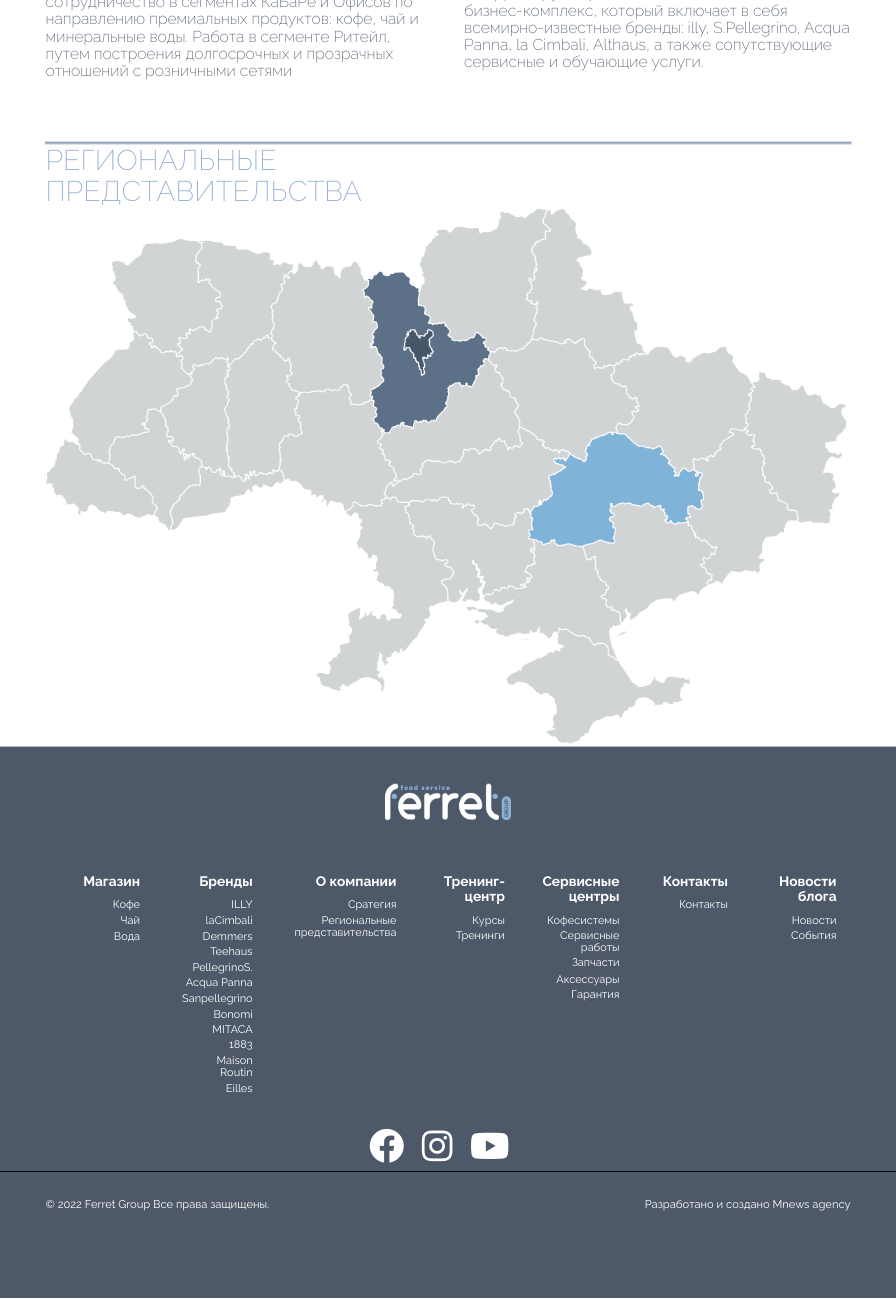
Repository: fanbear/ferret
Page: about.html
An editor plug-in stored every save of this project. The page is shown before and after the next save, followed by the edit.
The browser window is 1280 px wide. The pictures show the part of the page from y = 1231 to 3151 px (the page is 3086 px tall before and 3151 px after), at 70% of full size.

Above is the page before, as saved 2022-02-03 14:06:30.

### about.html
<!DOCTYPE html>
<html lang="en">

<head>
    <meta charset="UTF-8">
    <meta http-equiv="X-UA-Compatible" content="IE=edge">
    <meta name="viewport" content="width=device-width, initial-scale=1.0">
    <title>Document</title>
    <link preload
        href="https://fonts.googleapis.com/css2?family=Raleway:ital,wght@0,100;0,200;0,300;0,400;0,500;0,600;0,700;0,800;1,100;1,200;1,300;1,400;1,500;1,600;1,700&display=swap"
        rel="stylesheet">

    <link rel="stylesheet" href="./css/normalize.css">
    <link rel="stylesheet" href="./css/critical.css">
    <link rel="stylesheet" href="./css/media.css">

</head>

<body>
    <header class="flex-container main__header">
        <div class="flex-row">
            <div class="main__header-wrapper">
                <div class="header__wrapper-logo">
                    <a href=""><img src="./img/logotype.png" alt="ferretGroup" width="180" height="52"></a>
                </div>
                <nav class="header__wrapper-menu">
                    <ul>
                        <li><a href="#">Магазин</a></li>
                        <li><a href="#">Бренды</a></li>
                        <li class="active"><a href="#">О компании</a></li>
                        <li><a href="#">Тренинг-центр</a></li>
                        <li><a href="#">Сервисные центры</a></li>
                        <li><a href="#">Контакты</a></li>
                        <li><a href="#">Новости</a></li>
                    </ul>
                </nav>
                <div class="header__wrapper-actions">
                    <div class="wrapper__actions-search">
                        <a href="#"><img src="./img/search.png" alt="Поиск" width="28" height="28"></a>
                    </div>
                    <div class="wrapper__actions-language">
                        <a href="#">En</a>
                        <a class="active" href="#">Ua</a>
                    </div>
                    <div class="wrapper__actions-busket">
                        <img src="./img/basket.png" alt="корзина" width="28" height="25">
                        <span>1</span>
                    </div>
                </div>
            </div>
        </div>
    </header>
    <main class="flex-container main__content">
        <section class="about__head" style="background-image: url('./img/about-bg.webp');">
            <div class="flex-row">
                <div class="about__head-title">
                    <h1>
                        <span>О КОМПАНИИ</span>
                        <strong>Ferret Group</strong>
                        <hr>
                    </h1>
                </div>
                <div class="about__head-desc">
                    ООО «Феррет Груп» – профессиональная сервисная компания
                    предоставляющая оптимальный бизнес-комплекс, который включает в себя всемирно-известные бренды.
                </div>
            </div>
        </section>
        <section class="about__body">
            <div class="flex-row">
                <div class="breadcrumbs">
                    <ul>
                        <!-- Breadcrumb NavXT 7.0.2 -->
                        <li class="home post post-page">
                            <a title="Перейти к web-heaven." href="#">Главная</a>
                        </li>
                        <li class="post post-page current-item">
                            <span class="post post-page current-item">О компании</span>
                        </li>
                    </ul>
                </div>
                <div class="about__body-desc">
                    <div class="about__desc-item">
                        <h2>СТРАТЕГИЯ</h2>
                        <p>Долгосрочное партнерство и взаимовыгодное сотрудничество в сегментах КаБаРе и Офисов по
                            направлению премиальных
                            продуктов: кофе, чай и минеральные воды. Работа в сегменте Ритейл, путем построения
                            долгосрочных и прозрачных отношений
                            с розничными сетями</p>
                    </div>
                    <div class="about__desc-item">
                        <h2>КОНЦЕПЦИЯ</h2>
                        <p>«Феррет Груп» предоставляет оптимальный бизнес-комплекс, который включает в себя
                            всемирно-известные бренды: illy,
                            S.Pellegrino, Acqua Panna, la Cimbali, Althaus, а также сопутствующие сервисные и обучающие
                            услуги.</p>
                    </div>
                </div>
                <hr class="about__body-line">
                <div class="about__body-map">
                    <div class="about__map-title">РЕГИОНАЛЬНЫЕ
                        ПРЕДСТАВИТЕЛЬСТВА</div>
                    <div class="about__map-img">
                        <img src="./img/map.png" alt="РЕГИОНАЛЬНЫЕ ПРЕДСТАВИТЕЛЬСТВА ferretGroup">
                    </div>
                    <div class="about__map-desc"></div>
                </div>
            </div>
        </section>
    </main>
    <footer class="flex-containe main__footer">
        <div class="flex-row">
            <div class="main__footer-logotype"><img src="./img/logotype.png" alt="ferretGroup" width="180" height="52">
            </div>
            <div class="main__footer-menu">
                <div class="footer__menu-item">
                    <div class="footer__menu-item__title">Магазин</div>
                    <ul class="footer__menu-item__list">
                        <li><a href="#">Кофе</a></li>
                        <li><a href="#">Чай</a></li>
                        <li><a href="#">Вода</a></li>
                    </ul>
                </div>
                <div class="footer__menu-item">
                    <div class="footer__menu-item__title">Бренды</div>
                    <ul class="footer__menu-item__list">
                        <li><a href="#">ILLY</a></li>
                        <li><a href="#">laCimbali</a></li>
                        <li><a href="#">Demmers</a></li>
                        <li><a href="#">Teehaus</a></li>
                        <li><a href="#">Pellegrino</a>S.</li>
                        <li><a href="#">Acqua Panna</a></li>
                        <li><a href="#">Sanpellegrino</a></li>
                        <li><a href="#">Bonomi</a></li>
                        <li><a href="#">MITACA</a></li>
                        <li><a href="#">1883</a></li>
                        <li><a href="#">Maison Routin</a></li>
                        <li><a href="#">Eilles</a></li>
                    </ul>
                </div>
                <div class="footer__menu-item">
                    <div class="footer__menu-item__title">О компании</div>
                    <ul class="footer__menu-item__list">
                        <li><a href="#">Сратегия</a></li>
                        <li><a href="#">Региональные представительства</a></li>
                    </ul>
                </div>
                <div class="footer__menu-item">
                    <div class="footer__menu-item__title">Тренинг-центр</div>
                    <ul class="footer__menu-item__list">
                        <li><a href="#">Курсы</a></li>
                        <li><a href="#">Тренинги</a></li>
                    </ul>
                </div>
                <div class="footer__menu-item">
                    <div class="footer__menu-item__title">Сервисные центры</div>
                    <ul class="footer__menu-item__list">
                        <li><a href="#">Кофесистемы</a></li>
                        <li><a href="#">Сервисные работы</a></li>
                        <li><a href="#">Запчасти</a></li>
                        <li><a href="#">Аксессуары</a></li>
                        <li><a href="#">Гарантия</a></li>
                    </ul>
                </div>
                <div class="footer__menu-item">
                    <div class="footer__menu-item__title">Контакты</div>
                    <ul class="footer__menu-item__list">
                        <li><a href="#">Контакты</a></li>
                    </ul>
                </div>
                <div class="footer__menu-item">
                    <div class="footer__menu-item__title">Новости блога</div>
                    <ul class="footer__menu-item__list">
                        <li><a href="#">Новости</a> </li>
                        <li><a href="#">События</a></li>
                    </ul>
                </div>
            </div>
            <div class="main__footer-social">
                <a href="#"><i class="fab fa-facebook"></i></a>
                <a href="#"><i class="fab fa-instagram"></i></a>
                <a href=""><i class="fab fa-youtube"></i></a>
            </div>
            <div class="main__footer-bottom">
                <div class="footer__bottom-item"><a href="#">© 2022 Ferret Group Все права защищены.</a></div>
                <div class="footer__bottom-item"><a href="#">Разработано и создано Mnews agency</a></div>
            </div>
        </div>



        <link rel="stylesheet" href="./css/main.css">
        <link rel="stylesheet" type="text/css" href="./css/slick.css" />
        <link preload rel="stylesheet" href="https://use.fontawesome.com/releases/v5.15.4/css/all.css"
            integrity="sha384-DyZ88mC6Up2uqS4h/KRgHuoeGwBcD4Ng9SiP4dIRy0EXTlnuz47vAwmeGwVChigm" crossorigin="anonymous">
        <script src="https://code.jquery.com/jquery-3.6.0.min.js"
            integrity="sha256-/xUj+3OJU5yExlq6GSYGSHk7tPXikynS7ogEvDej/m4=" crossorigin="anonymous"></script>
        <script src="https://ajax.googleapis.com/ajax/libs/jquery/1.12.3/jquery.min.js"></script>
        <script type="text/javascript" src="./js/slick.min.js"></script>

        <script src="./js/main.js"></script>
        <script>
            $(document).ready(function () {
                $('').slick({
                    slidesToShow: 1,
                    slidesToScroll: 1,
                    rows: 3,
                    slidesPerRow: 3,
                    // autoplay: true,
                    infinite: false,
                    autoplaySpeed: 2000,
                    prevArrow: "<button type='button' class='slick-prev pull-left'><span class='btn-arrow'></span></button>",
                    nextArrow: "<button type='button' class='slick-next pull-left'><span class='btn-arrow'></button>",
                });
            });
        </script>
    </footer>

</body>

</html>

### css/main.css
/* Стрелка в кнопках */
.btn-arrow {
    width: 56px;
    background: white;
    height: 2px;
    display: flex;
    margin-left: 12px;
    position: relative;
}

.btn-arrow::before {
    content: '';
    display: block;
    width: 10px;
    height: 2px;
    background: inherit;
    right: -1px;
    position: absolute;
    transform: rotate(45deg);
    top: -3px;
}

.btn-arrow::after {
    content: '';
    display: block;
    width: 10px;
    height: 2px;
    background: inherit;
    right: -1px;
    position: absolute;
    transform: rotate(-45deg);
    top: 3px;
}

/* Портфолио */
.main__text {
    height: 90px;
    width: 100%;
    background-color: #4d5868;
    display: flex;
    align-items: center;
}

.main__text-item {
    font-size: 2.4em;
}

.main__text-link {
    margin-top: 30px;
    border: 1px solid white;
    border-radius: 10px;
    padding: 13px 45px 11px 50px;
    max-width: 400px;
    margin: 0 auto;
}

.main__text-link a {
    font-size: 1.45em;
    display: flex;
    align-items: center;
}

.briefcase__item {
    background-size: cover;
    background-repeat: no-repeat;
    background-position: center;
    padding: 228px 0 172px 0;
}

.briefcase__item-right {
    display: flex;
    align-items: flex-end;
    flex-direction: column;
    margin: 0 right;
}

.briefcase__item-left {
    display: flex;
    align-items: flex-start;
    flex-direction: column;
    margin: 0 right;
}

.briefcase__item-title {
    font-size: 3.59em;
    font-weight: 600;
}

.briefcase__item-text {
    margin-top: 10px;
    font-size: 1.8em;
    max-width: 490px;
}

.briefcase__item-link {
    margin-top: 30px;
    border: 1px solid white;
    border-radius: 10px;
    padding: 16px 12px 12px 16px;
}

.briefcase__item-left .briefcase__item-link {
    margin-top: 60px;
}

.briefcase__item-link a {
    font-size: 1.45em;
    display: flex;
    align-items: center;
    font-weight: 700;
}

/* Про компанию */
.about {
    background-color: #8fb2d5;
}

.about__wrapper-item {
    display: flex;
    justify-content: space-between;
    flex: wrap;
}

.about__wrapper-text {
    flex: 1 1 50%;
    margin-right: 15px;
    padding: 85px 0 36px 0;
}

.about__wrapper-img {
    flex: 1 1 50%;
    margin-left: 15px;
    background-size: cover;
    background-repeat: no-repeat;
}


.about__wrapper-title {
    font-size: 2.4em;
    font-weight: bold;
    text-transform: uppercase;
}

.about__wrapper-desc {
    margin: 75px 0 46px 80px;
    font-size: 1.8em;
    color: #000000;
    font-weight: 300;
    word-break: break-all;
}

.about__wrapper-link {
    display: flex;
}

.about__wrapper-link a {
    border: 1px solid white;
    border-radius: 10px;
    padding: 24px 16px 18px 22px;
    display: flex;
    align-items: center;
    font-size: 1.8em;
    font-weight: 600;
}

/* Новости блога */
.blog__news {
    padding-top: 80px;
    padding-bottom: 120px;
}

.blog__news-text {
    display: flex;
    justify-content: space-between;
    align-items: center;
    margin-bottom: 43px;
}

.news-text__title {
    font-size: 2.3em;
    font-weight: 700;
    color: #4d5868;
    text-transform: uppercase;
}

.news-text__link a {
    color: #8fb2d5;
    font-size: 1.2em;
    display: flex;
    align-items: center;
}

.news-text__link span {
    background: #8fb2d5;
}

.slider__item {
    display: flex;
    flex-direction: column;
    align-items: center
}

.slider__item-image {
    width: 100%;
    height: 267px;
    display: flex;
    background-size: cover;
    background-repeat: no-repeat;
    background-position: center;
}

.slider__item-title {
    height: 115px;
    display: flex;
    align-items: center;
    padding: 0 20px;
    background: #4d5868;
    box-sizing: border-box;
    font-size: 1.2em;
    font-weight: 700;
    margin-top: -1px;
    /* word-break: break-all; */
}

.slider__item-text {
    height: 150px;
    border: 1px solid #4d5868;
    border-radius: 0 0px 10px 10px;
    box-sizing: border-box;
    padding: 10px 20px 0 20px;
    display: flex;
    flex-direction: column;
    justify-content: space-between;
    /* word-break: break-all; */
}

.slider__item-text p {
    color: #000000;
    font-size: 1.2em;
    font-weight: 300;
    margin: 0;
}

.slider__item-text-link {
    margin: 15px 0;

}

.slider__item-text-link a {
    height: 15px;
    display: flex;
    align-items: center;
}

.slider__item-text-link a span {
    background: #8fb2d5;
    margin: 0;

}

.blog__news-slider .slick-slide {
    margin: 0 15px;
}

.blog__news-slider .slick-list {
    margin: 0 -15px !important;
}

.blog__news-slider .slick-prev,
.blog__news-slider .slick-next {
    border: 0;
    position: absolute;
    top: calc(50% - 22px);
    height: 43px;
    width: 63px;
    background: #8fb2d5;
    display: flex;
    justify-content: center;
    align-items: center;
    z-index: 1;
    cursor: pointer;
}

.blog__news-slider .slick-prev {
    border-radius: 0 10px 10px 0;
}

.blog__news-slider .slick-next {
    right: 0;
    border-radius: 10px 0 0 10px;
}

.blog__news-slider .slick-prev span {
    margin: 0;
    transform: rotate(180deg);
}

.blog__news-slider .slick-next span {
    marign: 0;
}

/* Footer */
.main__footer {
    background: #4d5868;
    padding-bottom: 125px;
}

.main__footer-logotype {
    margin: 53px auto 73px auto;
}

.main__footer-menu {
    display: flex;
    justify-content: space-between;
}

.footer__menu-item {
    flex: 1 1 calc(100% / 7);
    padding-right: 20px;
}

.footer__menu-item__title {
    font-size: 1.4em;
    font-weight: bold;
    text-align: right;
}

.footer__menu-item__list li {
    list-style: none;
    text-align: right;
    font-size: 1.12em;
    margin-bottom: 5px;
}

.main__footer-social {
    display: flex;
    justify-content: center;
    align-items: center;
    margin-top: 35px;
    margin-bottom: 50px;
}

.main__footer-social a {
    margin-right: 25px;

}

.main__footer-social a i {
    font-size: 50px;
}

.main__footer-bottom {
    display: flex;
    justify-content: space-between;
    align-items: center;
}

.footer__bottom-item a {
    font-size: 1.14em;
}


/* Шаблон страницы бренда */
.brand__product-filter {
    margin-top: 90px;
    margin-bottom: 76px;
    display: flex;
    flex-wrap: wrap;
    margin-left: -33px;
    margin-right: -33px;
}

.filter__item {
    flex: 1 1 calc(100% / 3 - 66px);
    margin: 23px 33px;
    height: 105px;
    overflow-y: hidden;
    border-bottom: 1px solid #4d5868;
    transition: 0.3s ease-out;
}

.filter__item-title a {
    font-size: 1.8em;
    color: #4d5868;
    font-weight: 200;
}

.filter__item-active {
    border-bottom: 1px solid #98b0d2;
}

.filter__item-active a {
    color: #98b0d2;
    font-weight: 400;
    transition: 0.3s ease-out;
}

.filter__item:hover .filter__item-title a {
    color: #98b0d2;
    transition: 0.3s ease-in;
}

.filter__item:hover {
    border-bottom: 1px solid #98b0d2;
    transition: 0.3s ease-in;
}

.product__group-title {
    display: flex;
    justify-content: space-between;
    align-items: center;
}

.product__group-btn__all {
    color: #4d5868;
    font-size: 1.4em;
    font-weight: 500;
    cursor: pointer;
    border-bottom: 1px solid transparent;
    transition: 0.4s;
}

.product__group-btn__all:hover {
    border-bottom: 1px solid #4d5868;
    transition: 0.4s;
}

.product__group-title h2 {
    color: #4d5868;
    font-size: 2.3em;
    font-weight: 500;
    margin-bottom: 40px;
}

.brand__product-wrapper {
    padding-bottom: 117px;
}

.product__group {
    display: flex !important;
    flex-wrap: wrap;
    max-height: calc(362px * 3 + 90px);
    height: auto;
    overflow-y: hidden;
    margin: 0 -15px;
}

.group__item-product {
    width: calc(100% / 3 - 30px);
    margin: 15px 15px;
    height: 362px;
    display: flex;
    justify-content: center;
    align-items: center;
    border-radius: 10px;
    border: 1px solid #8fb2d5;
    box-sizing: border-box;
    position: relative;
    animation: product-unhover 0.8s;
}

.group__item-product-hide {
    display: none;
}

.group__item-product-show {
    display: flex;
    animation: product-show 0.8s;
}

.group__item-product img {
    width: 100%;
}

.group__item-product span {
    position: absolute;
    bottom: 0;
    width: 0;
    background: #4d5868;
    height: 1px;
    width: 0;
    display: block;
    animation: product-unhover-span 0.4s;
}

.group__item-product:hover {
    border: 1px solid transparent;
    border-radius: 0;
    animation: product-hover 0.4s;
}

.group__item-product:hover span {
    width: 100%;
    animation: product-hover-span 0.8s;
}

@keyframes product-hover {
    0% {
        border-radius: 10px;
        border: 1px solid #8fb2d5;
    }

    50% {
        border-radius: 5px;
        border: 1px solid #c3dcf5;
    }

    100% {
        border-radius: 0;
        border: 1px solid transparent;
    }
}

@keyframes product-unhover {
    0% {
        border-radius: 0;
        border: 1px solid transparent;
    }

    50% {
        border-radius: 5px;
        border: 1px solid #c3dcf5;
    }

    100% {
        border-radius: 10px;
        border: 1px solid #8fb2d5;
    }
}

@keyframes product-hover-span {
    0% {
        width: 0;
    }

    100% {
        width: 100%;
    }
}

@keyframes product-unhover-span {
    0% {
        width: 100%;
    }

    100% {
        width: 0;
    }
}

@keyframes product-show {
    0% {
        transform: scale(0.2);
    }

    100% {
        transform: scale(1);
    }
}

.brand__product-more {
    color: #4d5868;
    font-size: 1.3em;
    display: none;
    width: 200px;
    justify-content: center;
    align-items: center;
    border: 1px solid #4d5868;
    padding: 15px;
    margin: 25px auto;
    cursor: pointer;
}

.brand__product-more__show {
    display: flex;
}

/* О нашей компании */
.about__body-desc {
    display: flex;
    justify-content: space-between;
    align-items: center;
}

.about__desc-item {
    display: flex;
    flex-direction: column;
    flex: 0 0 48%;
    margin-bottom: 90px;
}

.about__desc-item h2 {
    color: #98b0d2;
    font-size: 2.9em;
    font-weight: 400;
    margin: 0 0 24px 0;
}

.about__desc-item p {
    font-size: 1.6em;
    color: #4d5868;
    margin: 0;
    font-weight: 200;
}

.about__body-line {
    margin: 0;
    height: 2px;
    width: 100%;
    background-color: #98b0d2;
}

.about__body-map {
    display: flex;
    flex-direction: column;
    marign-top: 65px;
}

.about__map-title {
    font-size: 2.9em;
    color: #98b0d2;
    font-weight: 200;
    max-width: 45%;
}

Loaded but not shown: css/normalize.css (library); css/slick.css (common file); js/slick.min.js (library); js/main.js (131 lines, source omitted); css/critical.css (374 lines, source omitted); css/media.css (no stored copy; drawn as an empty file)

After the next save:
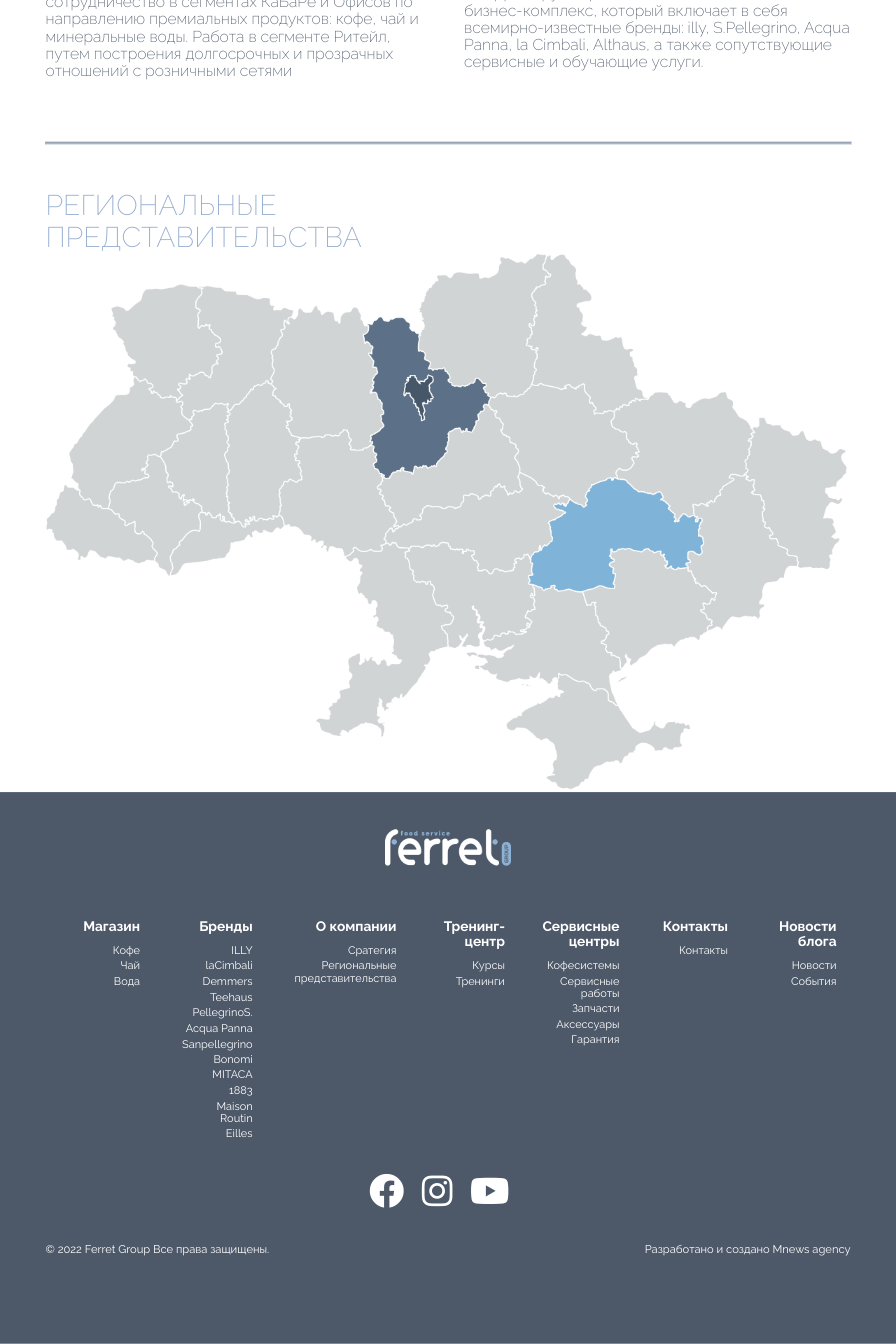
Saved 5 s later.
--- a/css/main.css
+++ b/css/main.css
@@ -613,7 +613,7 @@
 .about__body-map {
     display: flex;
     flex-direction: column;
-    marign-top: 65px;
+    margin-top: 65px;
 }
 
 .about__map-title {
